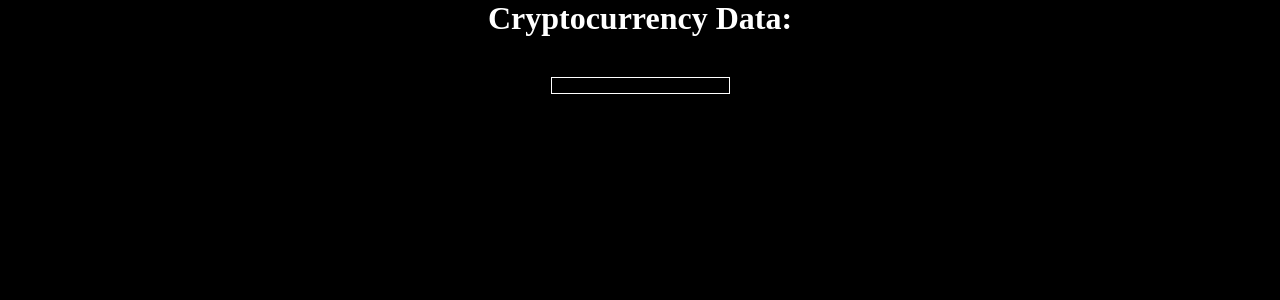
Repository: alejandroacd/cryptocurrency-market
Page: /
An editor plug-in stored every save of this project. The page is shown before and after a run of saves, followed by the edit.
The browser window is 1280 px wide. The pictures show the whole page.
The page's requests for data from a server got no answer. The project was rebuilt for these pictures with package versions that can differ from the ones it lists, and the page was loaded fresh each time. No one was signed in, and anything a server would have sent is missing. Also part of the build but not shown: src/Currency.js.

Above is the page before, as saved 2021-07-17 13:54:24.

### src/App.js
import Axios from 'axios';
import React, {useEffect, useState}  from 'react'
import './App.css';
import Currency from './Currency';


function App() {
  const [values,setValue] = useState([]);
  const [search,setSearch] = useState('')


  useEffect(() => {
    Axios.get('https://api.coingecko.com/api/v3/coins/markets?vs_currency=usd&order=market_cap_desc&per_page=100&page=1&sparkline=false')
    .then(resp => {
      setValue(resp.data)
    })
    .catch(err => {
      console.log(err)
    })
  }, [])

  const handleChange = (e) => {
    setSearch(e.target.value)
  }

  const finalValues = values.filter(value => value.name.toLowerCase().includes(search.toLowerCase()))


  return (
    <div className="App">
      <h1>Cryptocurrency Data:</h1>
      <div className='input-container'>
        <form>
          <input  className='crypto_name' plaxceholder="Search a currency" type="text" onChange={handleChange}></input>
        </form>
      </div>
      {finalValues.map(value => {
        return (
          <Currency
          key={value.id}
          cryptoName={value.name}
          image={value.image}
          price={value.current_price}
          symbol={value.symbol}
          volume={value.market_cap}
          priceChange={value.price_change_percentage_24h}
          marketcap={value.total_volume}
           />
        )
      })}

    </div>
  );
}

export default App;

### src/App.css
* {
  box-sizing: border-box;
  margin: 0;
  padding: 0;
  background-color: black;
  color:white;
}


.App {
  text-align: center;
}

.input-container form input {
  margin:3em;
  border: 1px solid white;
}

### src/Currency.css
.currency_container {
    display:flex;
    justify-content: space-between;
    flex-direction: row;
    justify-items: start;
    height: 80px;
    align-items: center;
    border-bottom: 1px solid black;
    width: 85%;
    margin: 0 auto;
}

.currency {
    display:flex;
    align-items: center;
    justify-content: space-between;
    width: 25%;

}

.currency img {
    height: 30px;
    width: 30px;
}

.currency_data {
    display:flex;
    flex-direction: row;
    width: 75%;
    justify-content: space-around;
    align-items: center;
}

.currency h1 {
    font-size:1em;
}

.currency_price {
    width: 110px;
}

.currency_volume {
    width: 155px;
}

.currency_marketcap {
    width: 230px;
    font-weight: bold;
}

.currency_symbol {
    width: 50px;
}
.crypto_name {
    color:white;
}
.red {
    color:#CD113B;
}

.green {
    color:#66DE93;
}

@media only screen and (max-width: 600px) {

}

Loaded but not shown: public/index.html (common file); src/index.js (common file)

After the next 2 saves:
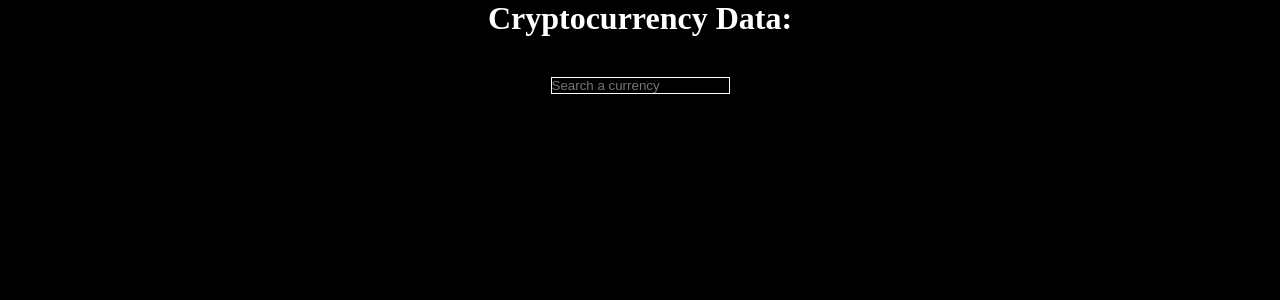
The 2 saves are shown as one change because they came seconds apart.
The last was saved 11 s later.
--- a/src/App.js
+++ b/src/App.js
@@ -31,7 +31,7 @@ function App() {
       <h1>Cryptocurrency Data:</h1>
       <div className='input-container'>
         <form>
-          <input  className='crypto_name' plaxceholder="Search a currency" type="text" onChange={handleChange}></input>
+          <input className='crypto_name' placeholder="Search a currency" type="text" onChange={handleChange}></input>
         </form>
       </div>
       {finalValues.map(value => {
